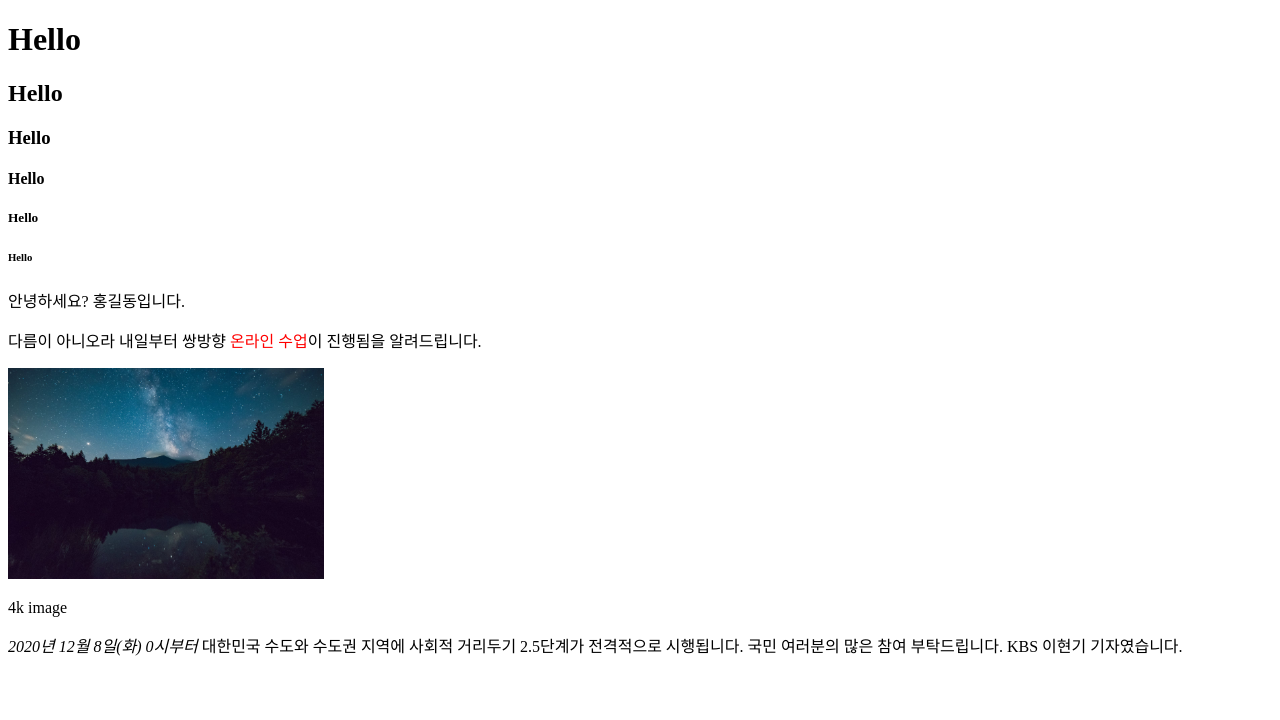
Repository: woneeseo/javastudy
Page: htmlStudy/workspace_html/HelloWorld/WebContent/f.html
The author's editor kept a copy of each file at every save. The page is drawn from the files as they stood at one save, then again after the next save.
The browser window is 1280 px wide. The pictures show the whole page.

Above is the page before, as saved 2020-12-07 05:01:40.

After the next save:
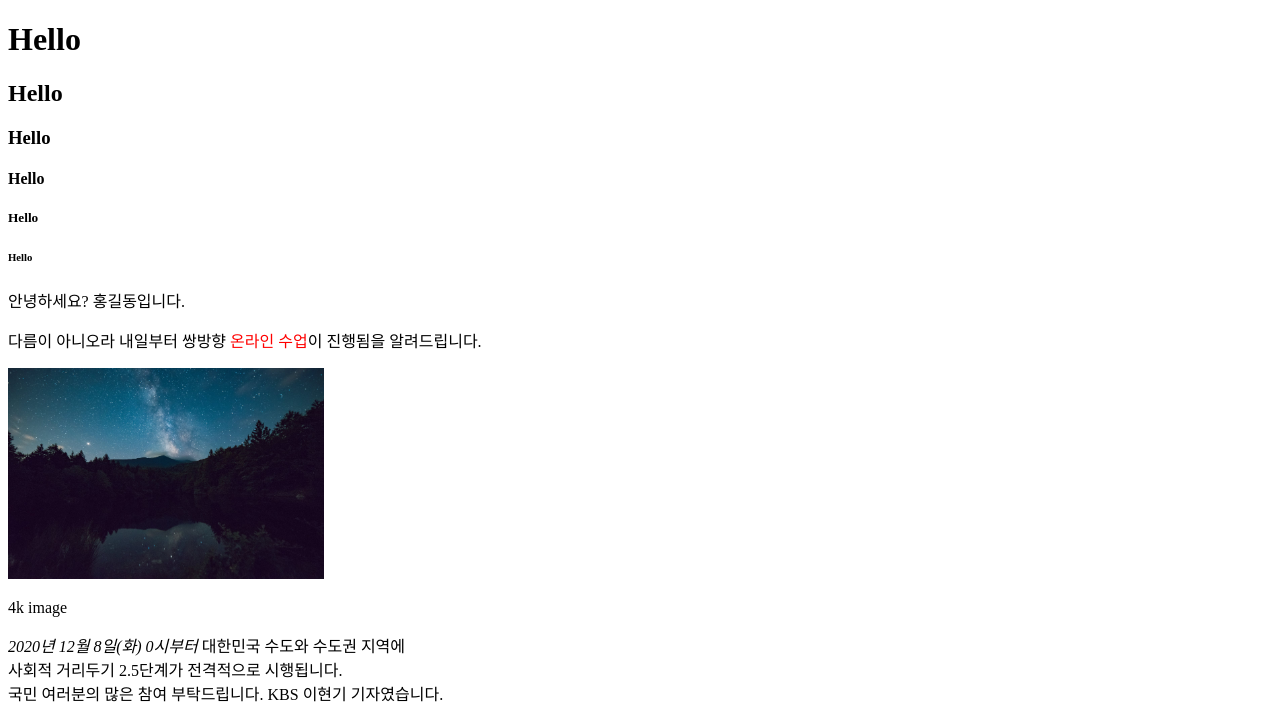
Saved 45 s later.
--- a/htmlStudy/workspace_html/HelloWorld/WebContent/f.html
+++ b/htmlStudy/workspace_html/HelloWorld/WebContent/f.html
@@ -46,9 +46,10 @@
 <section>
 	<article>
 	<!-- section / article : 시멘틱 태그 (의미가 있는 태그명) -->
-		<i>2020년 12월 8일(화) 0시부터</i> 대한민국 수도와 수도권 지역에 사회적 거리두기 2.5단계가
-		전격적으로 시행됩니다. 국민 여러분의 많은 참여 부탁드립니다. KBS 이현기 기자였습니다.
-
+		<i>2020년 12월 8일(화) 0시부터</i> 대한민국 수도와 수도권 지역에 <br>
+		사회적 거리두기 2.5단계가 전격적으로 시행됩니다. <br>
+		국민 여러분의 많은 참여 부탁드립니다. KBS 이현기 기자였습니다.
+		<!-- i태그 : 이탤릭체 / -->
 	</article>
 
 </section>
